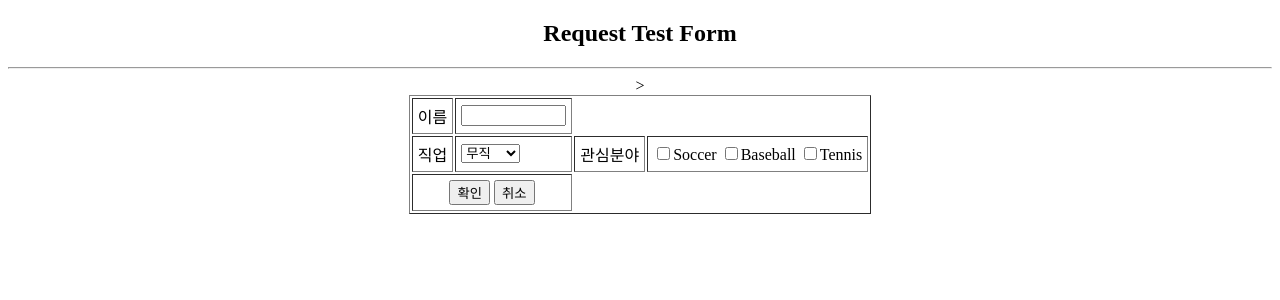
Repository: HyeonbinSa/JSPBook
Page: jspbook/WebContent/ch06/implicit.html
An editor plug-in stored every save of this project. The page is shown before and after the next save, followed by the edit.
The browser window is 1280 px wide. The pictures show the whole page.

Above is the page before, as saved 2020-01-02 09:50:55.

### jspbook/WebContent/ch06/implicit.html
<!DOCTYPE html>
<html>
<head>
<meta charset="UTF-8">
<title>Request Test Form</title>
<script>
document.cookie="test=OK."
</script>
<style>
table{
	border-spacing : 1;
}
td, th{
	padding : 5px;
}
</style>
</head>
<body>
<div align="center">
<h2>Request Test Form</h2>
<hr>
<form name="form1" method="post" action="request_result.jsp">
	<table border=1>
		<tr>
		<td>이름</td>
		<td><input type=text size=10 name=username></td>
		<tr>
		<td>직업</td>
		<td>
		<select name="job">
			<option selected>무직</option>
			<option>회사원</option>
			<option>학생</option>
		</select>
		</td>
		<td>관심분야</td>
		<td>
			<input type="checkbox" name="favorite" value="soccer">Soccer
			<input type="checkbox" name="favorite" value="baseball">Baseball
			<input type="checkbox" name="favorite" value="Tennis">Tennis
		</td>
		<tr><td colspan=2 align="center"><input type="submit" value="확인">
		<input type="reset" value="취소"></td>></tr>
	</table>
</form>
</div>
</body>
</html>

After the next save:
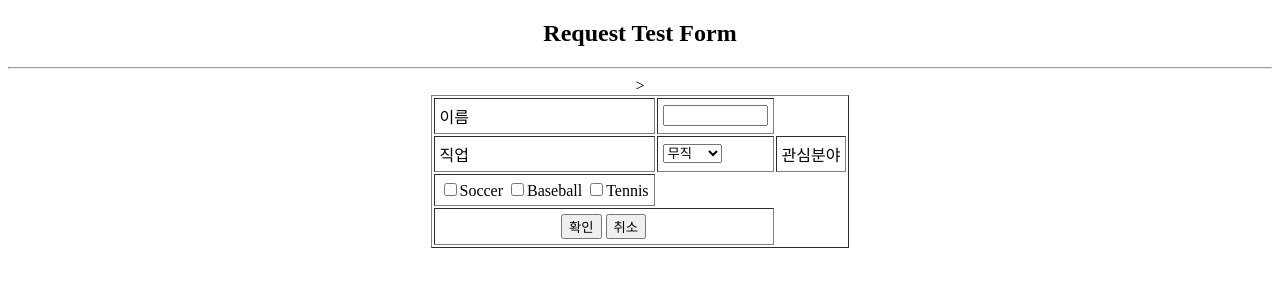
Saved 36 s later.
--- a/jspbook/WebContent/ch06/implicit.html
+++ b/jspbook/WebContent/ch06/implicit.html
@@ -34,6 +34,7 @@ td, th{
 		</select>
 		</td>
 		<td>관심분야</td>
+		<tr>
 		<td>
 			<input type="checkbox" name="favorite" value="soccer">Soccer
 			<input type="checkbox" name="favorite" value="baseball">Baseball
